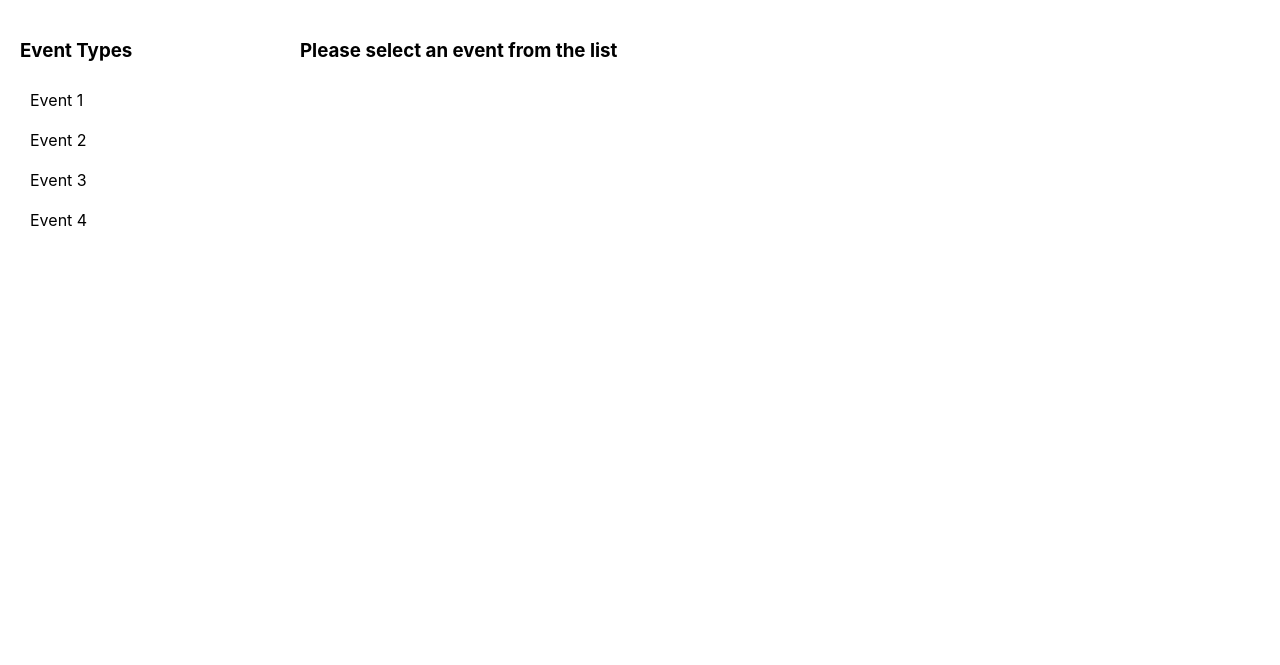
Repository: TauqeerHusain/Assignment
Page: /
The author's editor kept a copy of each file at every save. The page is drawn from the files as they stood at one save, then again after the next save.
The browser window is 1280 px wide. The pictures show the whole page.
The project was rebuilt for these pictures with package versions that can differ from the ones it lists, and the page was loaded fresh each time.

Above is the page before, as saved 2023-02-06 22:04:58.

### src/App.js
import React, { useState } from "react";

const App = () => {
  const [events, setEvents] = useState([
    {
      name: "Event 1",
      date: "01/01/2023",
      location: "New York",
      description: "Description for event 1",
    },
    {
      name: "Event 2",
      date: "02/01/2023",
      location: "Los Angeles",
      description: "Description for event 2",
    },
    {
      name: "Event 3",
      date: "03/01/2023",
      location: "Chicago",
      description: "Description for event 3",
    },
    {
      name: "Event 4",
      date: "04/01/2023",
      location: "Houston",
      description: "Description for event 4",
    },
  ]);

  const [selectedEvent, setSelectedEvent] = useState(null);

  const closeTab = () => {
    setSelectedEvent(null);
  };

  return (
    <div style={{ display: "flex", justifyContent: "center" }}>
      <div style={{ width: "20%", padding: "20px" }}>
        <h3>Event Types</h3>
        <ul style={{ listStyleType: "none", padding: 0 }}>
          {events.map((event) => (
            <li
              key={event.name}
              style={{ padding: "10px", cursor: "pointer" }}
              onClick={() => setSelectedEvent(event)}
            >
              {event.name}
            </li>
          ))}
        </ul>
      </div>
      <div style={{ width: "80%", padding: "20px" }}>
        {selectedEvent ? (
          <div
            style={{
              display: "flex",
              justifyContent: "space-between",
              alignItems: "center",
            }}
          >
            <h3>{selectedEvent.name}</h3>
            <div onClick={closeTab} style={{ cursor: "pointer" }}>
              x
            </div>
            <p>Date: {selectedEvent.date}</p>
            <p>Location: {selectedEvent.location}</p>
            <p>Description: {selectedEvent.description}</p>
          </div>
        ) : (
          <h3>Please select an event from the list</h3>
        )}
      </div>
    </div>
  );
};

export default App;

Loaded but not shown: public/index.html (common file); src/index.js (common file); src/index.css (common file); src/reportWebVitals.js (common file)

After the next save:
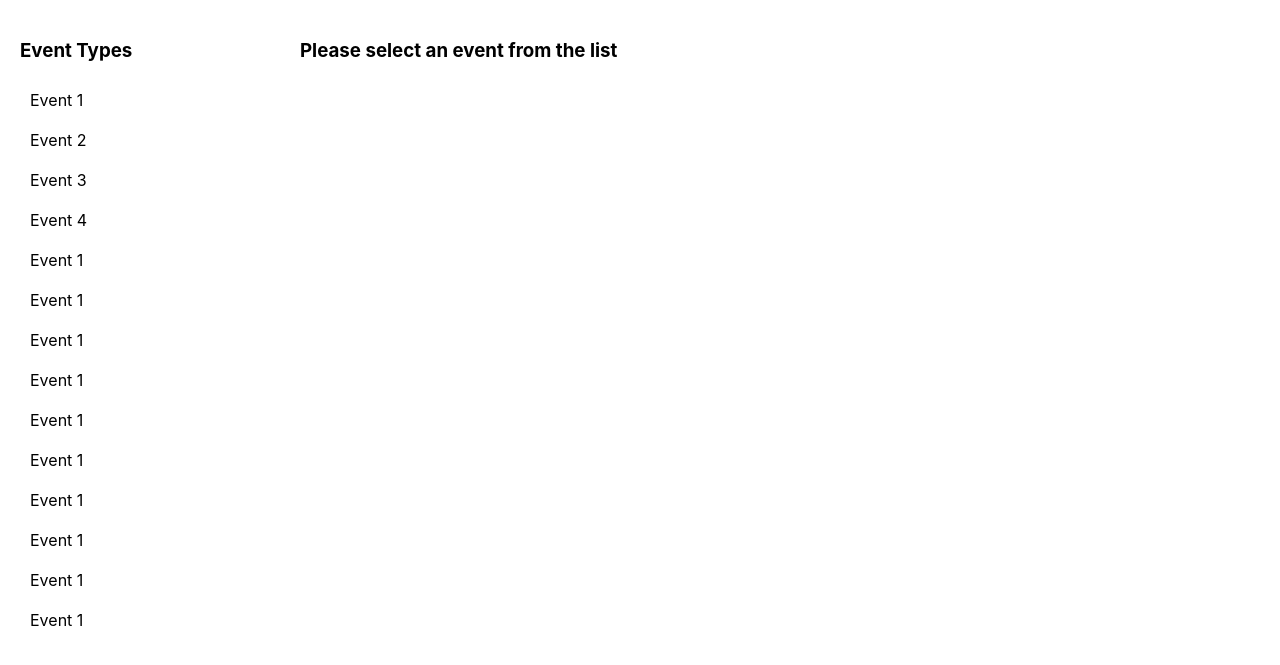
Saved 62 s later.
--- a/src/App.js
+++ b/src/App.js
@@ -25,6 +25,66 @@ const App = () => {
       date: "04/01/2023",
       location: "Houston",
       description: "Description for event 4",
+    },
+    {
+      name: "Event 1",
+      date: "01/01/2023",
+      location: "New York",
+      description: "Description for event 1",
+    },
+    {
+      name: "Event 1",
+      date: "01/01/2023",
+      location: "New York",
+      description: "Description for event 1",
+    },
+    {
+      name: "Event 1",
+      date: "01/01/2023",
+      location: "New York",
+      description: "Description for event 1",
+    },
+    {
+      name: "Event 1",
+      date: "01/01/2023",
+      location: "New York",
+      description: "Description for event 1",
+    },
+    {
+      name: "Event 1",
+      date: "01/01/2023",
+      location: "New York",
+      description: "Description for event 1",
+    },
+    {
+      name: "Event 1",
+      date: "01/01/2023",
+      location: "New York",
+      description: "Description for event 1",
+    },
+    {
+      name: "Event 1",
+      date: "01/01/2023",
+      location: "New York",
+      description: "Description for event 1",
+    },
+    {
+      name: "Event 1",
+      date: "01/01/2023",
+      location: "New York",
+      description: "Description for event 1",
+    },
+    {
+      name: "Event 1",
+      date: "01/01/2023",
+      location: "New York",
+      description: "Description for event 1",
+    },
+    {
+      name: "Event 1",
+      date: "01/01/2023",
+      location: "New York",
+      description: "Description for event 1",
     },
   ]);
 
